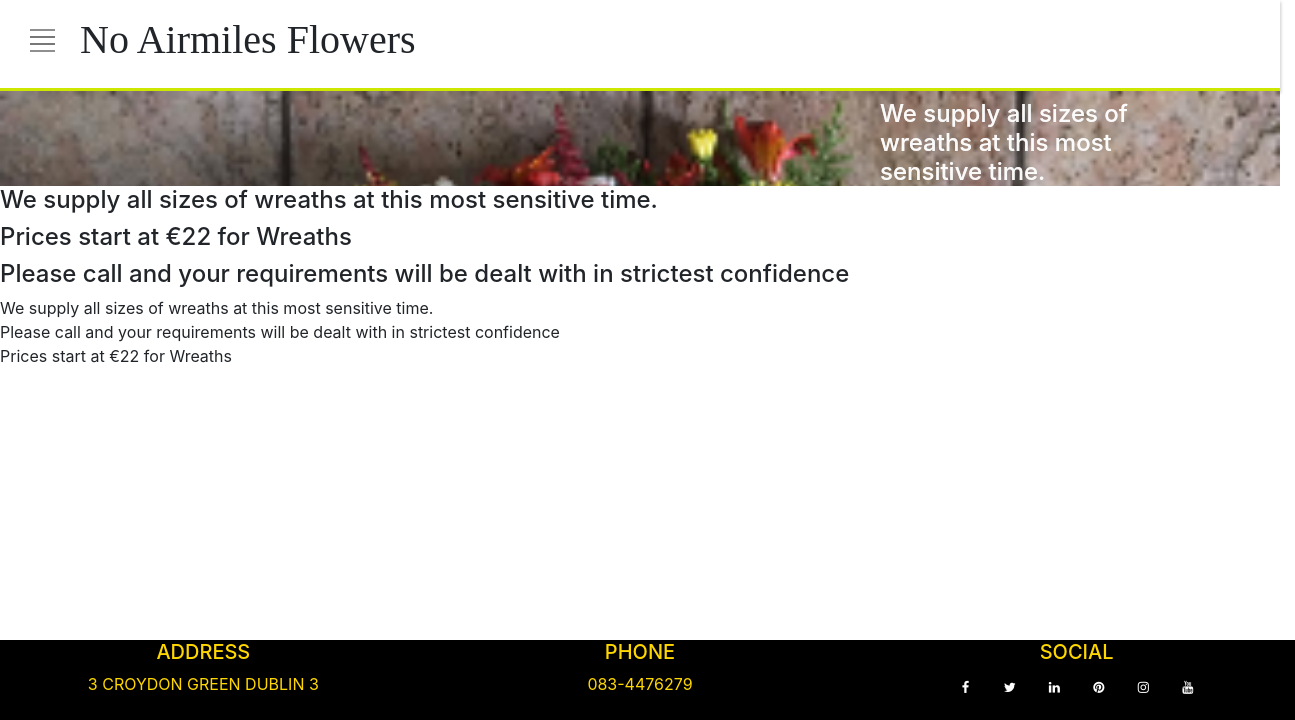
Repository: ConorTC1990/Flowers
Page: wreaths.html
The author's editor kept a record of every edit. The page is drawn from the files as they stood at one moment, then again after the next edit.
The browser window is 1280 px wide. The page is 1295 px wide, so the pictures cover 1295 px, including what lies to the right of the window. The pictures show the whole page.
Some web libraries are served in a nearby version.

Above is the page before.

After the next edit:
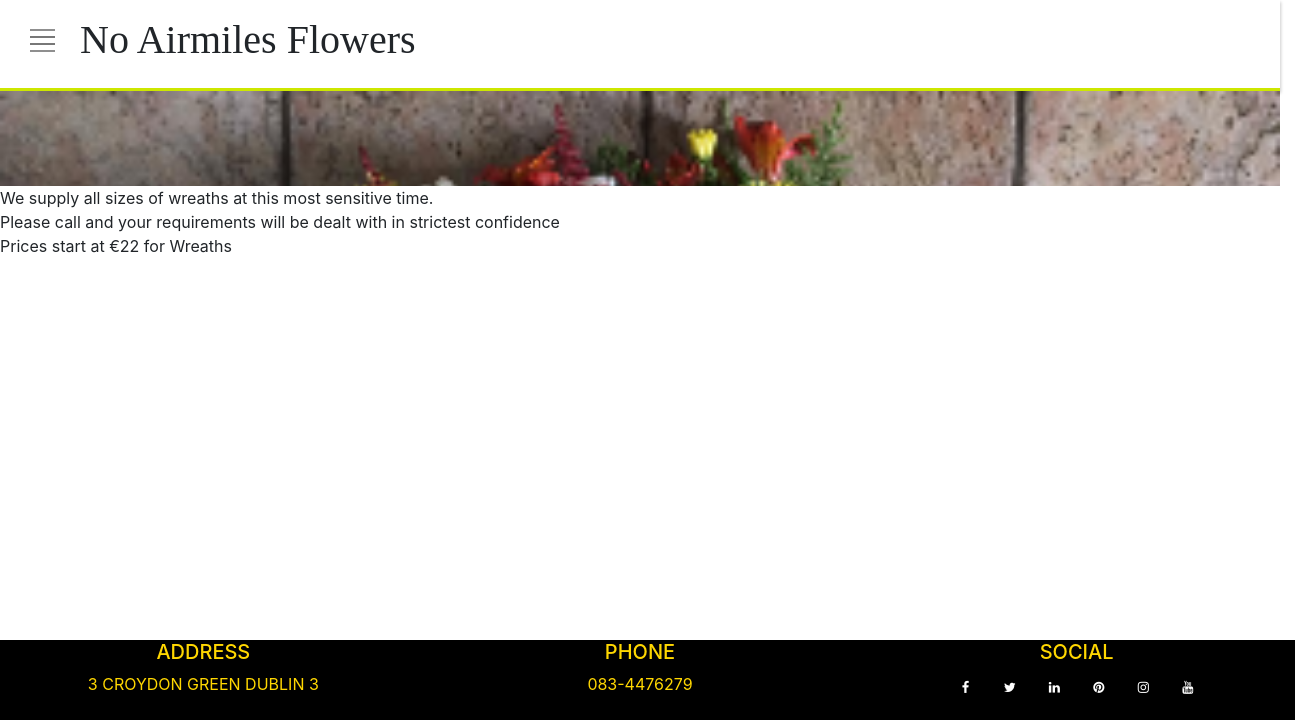
The edit:
--- a/wreaths.html
+++ b/wreaths.html
@@ -31,36 +31,9 @@
 
 
    <div class="WreathsBackground"> </div>
-         <h4 class="callout">
-            We supply all sizes of wreaths at this most sensitive time.</h4>
-    <h4 class="callout2">
-          Prices start at €22 for Wreaths
-        </h4>
-         <h4 class="callout3">
 
-        Please call and your requirements will be dealt with in strictest confidence</h4>
-        </div>
-        <div>
-         <h4 >
-            We supply all sizes of wreaths at this most sensitive time.</h4>
-    <h4 >
-          Prices start at €22 for Wreaths
-        </h4>
-         <h4 >
 
-        Please call and your requirements will be dealt with in strictest confidence</h4>
-        </div>
-         <h4 class="callout">
-            We supply all sizes of wreaths at this most sensitive time.</h4>
-    <h4 class="callout2">
-          Prices start at €22 for Wreaths
-        </h4>
-         <h4 class="callout3">
-
-        Please call and your requirements will be dealt with in strictest confidence</h4>
-        </div>
-
-      <div class="informationsection">
+      <div class="informationsectionwreaths">
 		<ul>
 		  <li> We supply all sizes of wreaths at this most sensitive time.</li>
 		  <li> Please call and your requirements will be dealt with in strictest confidence</li>
